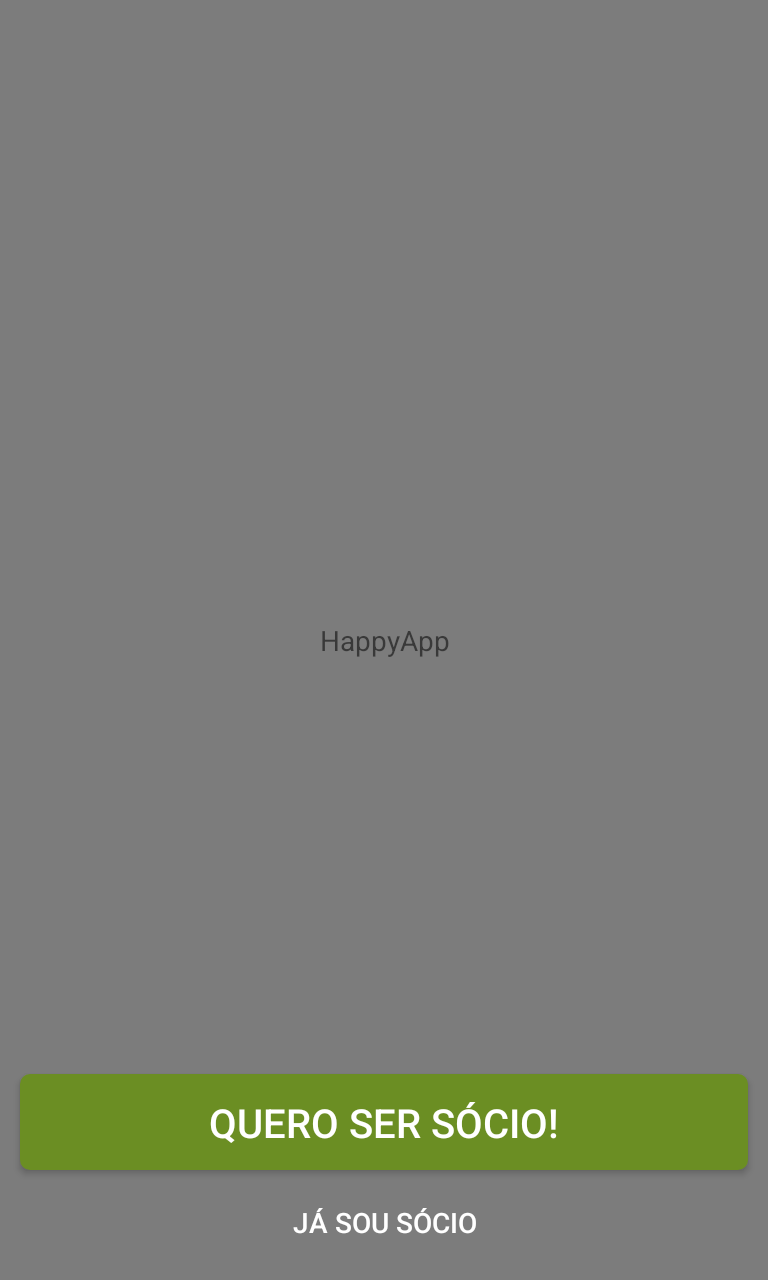
Repository: wellingtondessuy/AppLearning
Layout: HappyApp/res/layout/activity_main.xml
An editor plug-in stored every save of this project. The layout is shown before and after the next save, followed by the edit.
It is drawn on a 768 x 1280 px phone screen (xhdpi) without system bars, with theme AppTheme; the app's code is not run. Lists and similar views that code fills are empty.

Above is the layout before, as saved 2015-05-22 14:07:22.

After the next save:
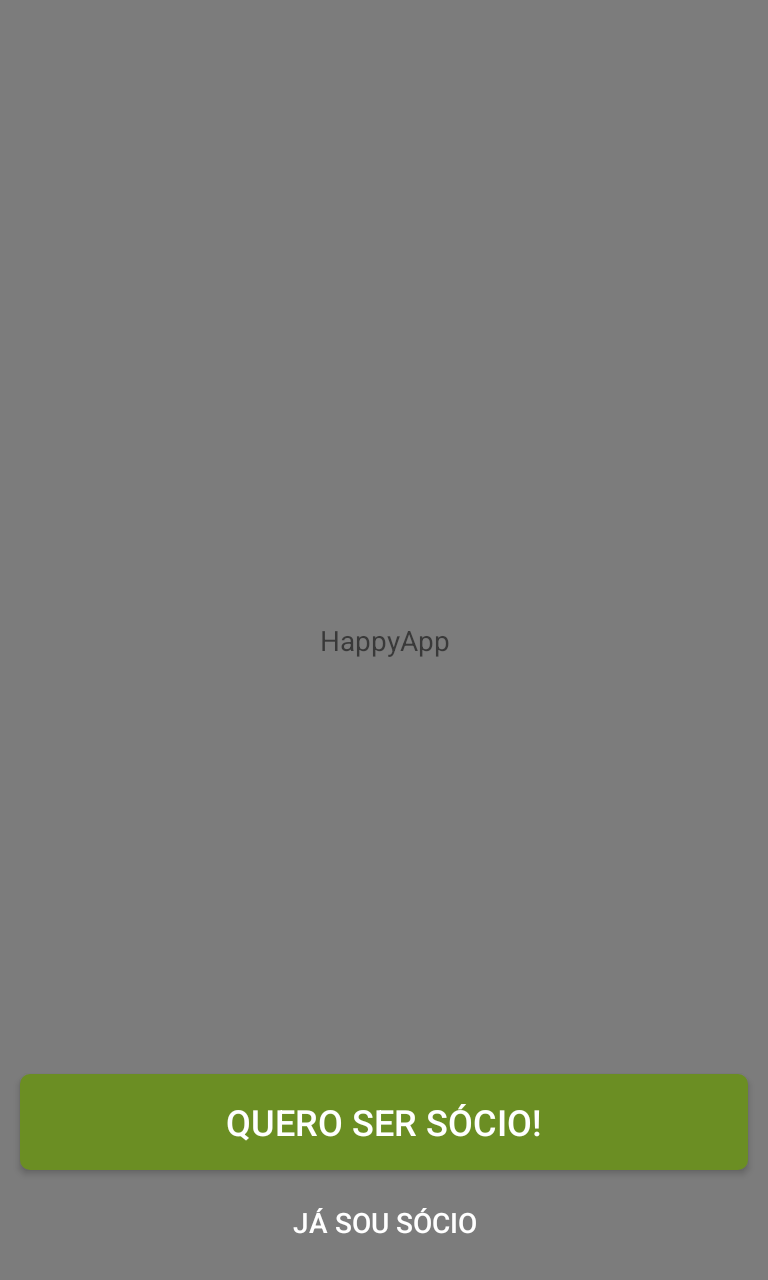
Saved 9 s later.
--- a/HappyApp/res/layout/activity_main.xml
+++ b/HappyApp/res/layout/activity_main.xml
@@ -22,7 +22,7 @@
 	<Button
             android:id="@+id/main_button_signup"
             android:text="@string/signup"
-            android:textSize="20sp"
+            android:textSize="18sp"
 			android:textColor="#FFFFFF"
 			android:layout_marginLeft="10dp"
 			android:layout_marginRight="10dp"
